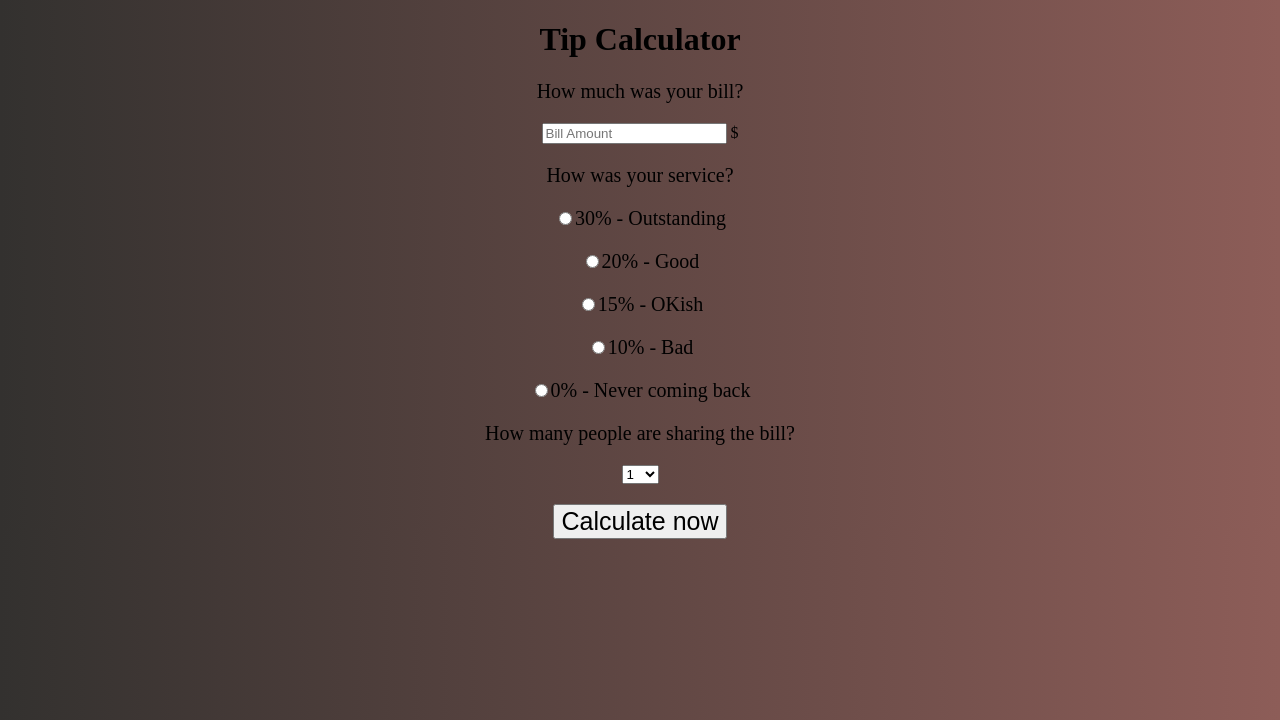
Repository: NiutaR/tip-calculator
Page: index.html
These files come from the project's save history. The page is drawn as it stood at one moment and after a run of saves; the edit follows.
The browser window is 1280 px wide. The pictures show the whole page.

Above is the page before, as saved 2021-07-24 17:12:14.

After the next 6 saves:
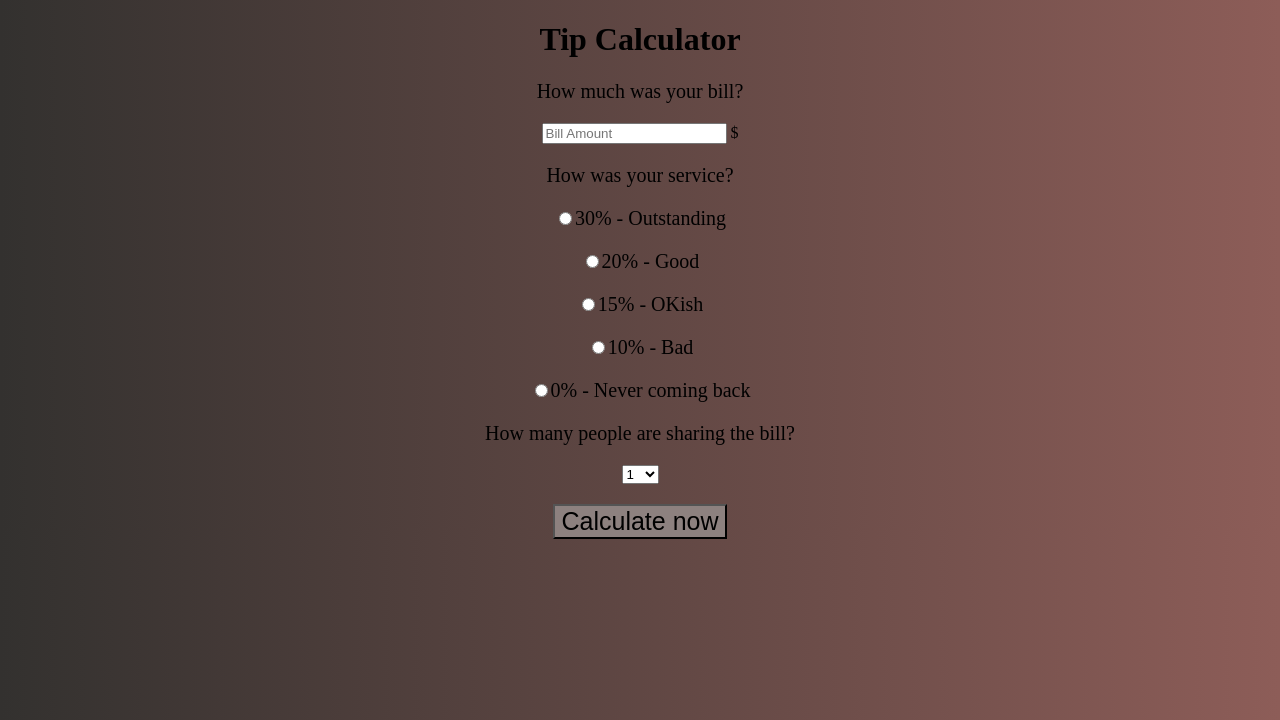
The 6 saves are shown as one change because they came seconds apart.
The last was saved 14 s later.
--- a/style.css
+++ b/style.css
@@ -16,5 +16,7 @@ p {
 #btn {
     font-size: 25px;
     margin-top: 20px;
-    background-color: ;
+    background-color: #8d817f;
+
+    &:h
 }
